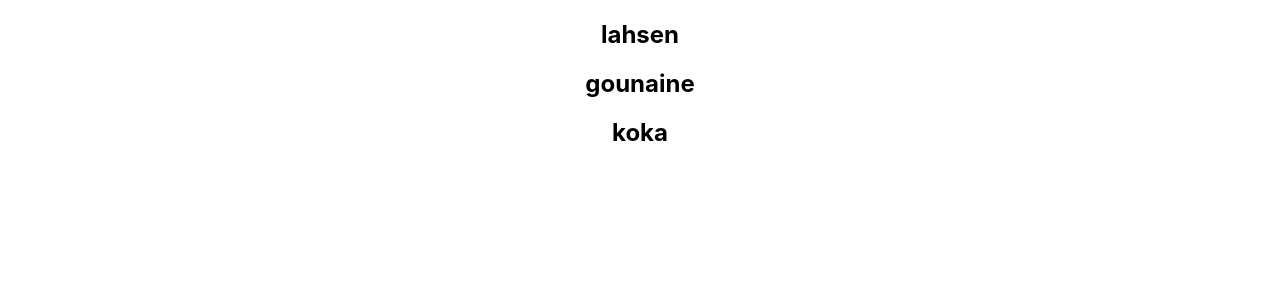
Repository: gounaine/Add_candidat
Page: /
The author's editor kept a copy of each file at every save. The page is drawn from the files as they stood at one save, then again after the next save.
The browser window is 1280 px wide. The pictures show the whole page.
The project was rebuilt for these pictures with package versions that can differ from the ones it lists, and the page was loaded fresh each time.

Above is the page before, as saved 2024-05-26 19:21:56.

### src/index.js
import React from 'react';
import ReactDOM from 'react-dom/client';
import './index.css';
import App from './App';
import reportWebVitals from './reportWebVitals';


const root = ReactDOM.createRoot(document.getElementById('root'));
root.render(
  <React.StrictMode>
    <App firstName={"lahsen"}> </App>
    <App firstName={"gounaine"}>  </App>
 <App firstName={"koka"} >lahcen</App>
  </React.StrictMode>
);

// If you want to start measuring performance in your app, pass a function
// to log results (for example: reportWebVitals(console.log))
// or send to an analytics endpoint. Learn more: https://bit.ly/CRA-vitals
reportWebVitals();

### src/App.js

import { Children } from 'react';
import './App.css';

function App({firstName , Children}) {
  return (
    <div className="App">
      <h2>{firstName}</h2>
      <h2>{Children}</h2>
    </div>
  );
}

export default App;

Loaded but not shown: public/index.html (common file); src/index.css (common file); src/reportWebVitals.js (common file); src/App.css (common file)

After the next save:
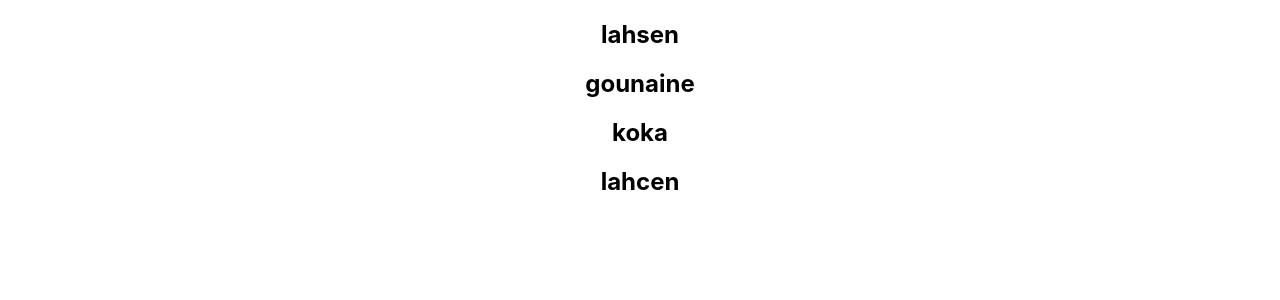
Saved 44 s later.
--- a/src/index.js
+++ b/src/index.js
@@ -10,7 +10,7 @@
   <React.StrictMode>
     <App firstName={"lahsen"}> </App>
     <App firstName={"gounaine"}>  </App>
- <App firstName={"koka"} >lahcen</App>
+ <App firstName={"koka"} Children={"lahcen"}></App>
   </React.StrictMode>
 );
 

After the save that followed:
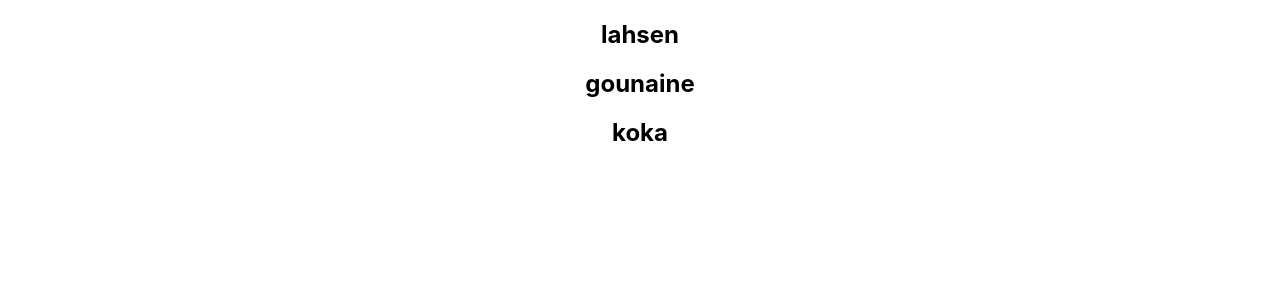
Saved 82 s later.
--- a/src/index.js
+++ b/src/index.js
@@ -10,7 +10,9 @@
   <React.StrictMode>
     <App firstName={"lahsen"}> </App>
     <App firstName={"gounaine"}>  </App>
- <App firstName={"koka"} Children={"lahcen"}></App>
+ <App firstName={"koka"} >
+      loremccc
+ </App>
   </React.StrictMode>
 );
 
